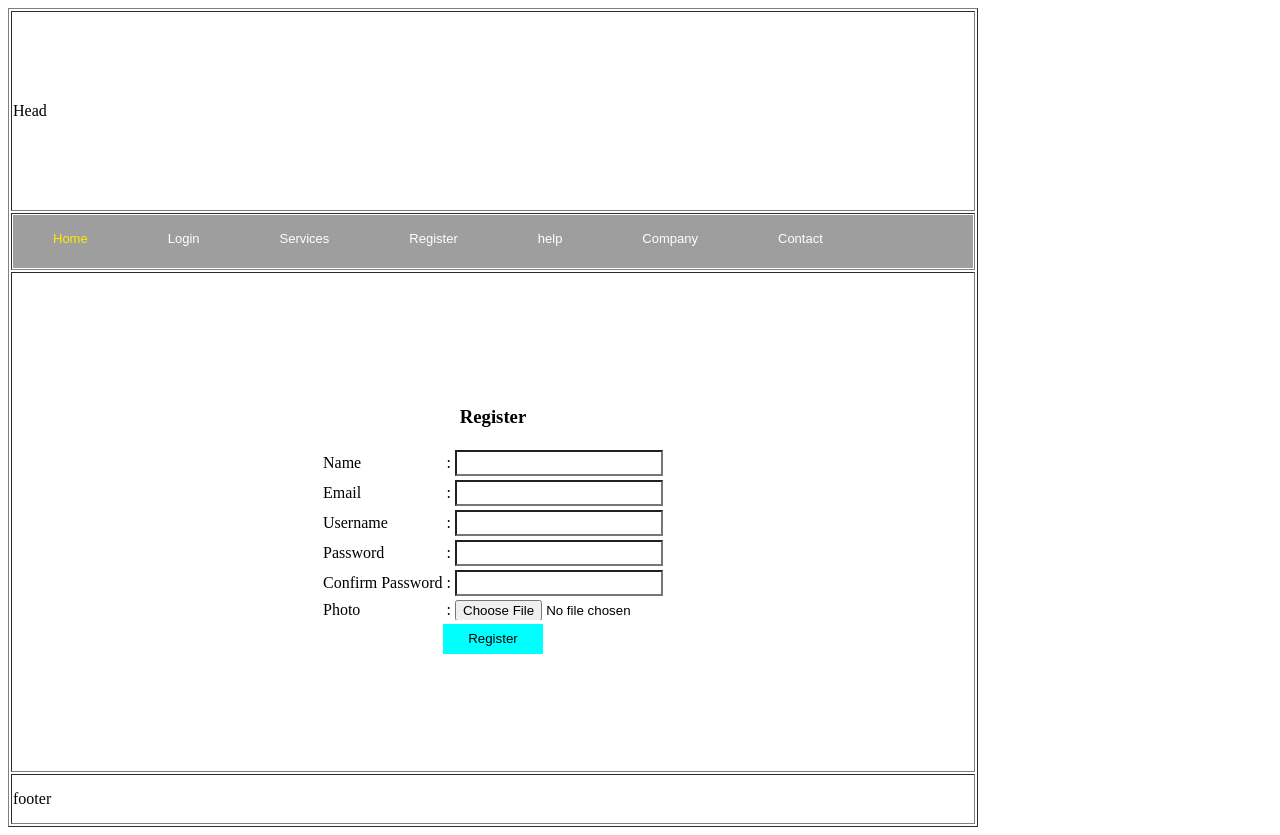
Repository: PraveenRavipati/MyWork
Page: Java/workspaces/office Java WorkScapces/works/javaTraining/WebContent/Register.html
These files come from the project's save history. The page is drawn as it stood at one moment and after the next save; the edit follows.
The browser window is 1280 px wide. The pictures show the whole page.
Pictures or frames that could not be fetched are drawn as grey boxes.

Above is the page before, as saved 2014-06-02 09:58:54.

### Java/workspaces/office Java WorkScapces/works/javaTraining/WebContent/Register.html
<!DOCTYPE html PUBLIC "-//W3C//DTD HTML 4.01 Transitional//EN" "http://www.w3.org/TR/html4/loose.dtd">
<html>
<head>
<meta http-equiv="Content-Type" content="text/html; charset=UTF-8">
<title>Insert title here</title>
<link href="style.css" rel="stylesheet" type="text/css">
<script type="text/javascript">

</script>
</head>
<body>
	<table border="1" width="900">
		<tr height="200">
			<td>Head</td>
		</tr>
		<tr height="50">
			<td><div id="templatemo_menu">
            	<ul>
                    <li><a href="#" class="current">Home</a></li>
                    <li><a href="#">Login</a></li>
                    <li><a href="#">Services</a></li>
                    <li><a href="#">Register</a></li>
                    <li><a href="#">help</a></li>
                    <li><a href="#">Company</a></li>
                    <li><a href="#" class="last">Contact</a></li>
                </ul>
            </div></td>
		</tr>
		<tr height="500">
			<td>
			<form action="./Register" method="post" name="f1">
				<table align="center" border="0">
				<caption><h3>Register</h3></caption>
				<tr>
					<td>Name</td>
					<td>:</td>
					<td><input type="text" name="name" onblur="name();"></td>
				</tr>
				<tr>
					<td>Email</td>
					<td>:</td>
					<td><input type="text" name="email"></td>
				</tr>
				<tr>
					<td>Username</td>
					<td>:</td>
					<td><input type="text" name="uname"></td>
				</tr>
				<tr>
					<td>Password</td>
					<td>:</td>
					<td><input type="password" name="pwd"></td>
				</tr>
				<tr>
					<td>Confirm Password</td>
					<td>:</td>
					<td><input type="password" name="confipwd"></td>
				</tr>
				<tr>
					<td>Photo</td>
					<td>:</td>
					<td><input type="file" name="photo" /></td>
				</tr>
				<tr>
					<td colspan="3" align="center"><input class="submit" type="submit" value="Register"></td>
				</tr>
				</table>
				</form>
			</td>
		</tr>
		<tr height="50">
			<td>footer</td>
		</tr>
	</table>
</body>
</html>

### Java/workspaces/office Java WorkScapces/works/javaTraining/WebContent/style.css
input {
	width: 200px;
	height: 20px;
	background-color: inactivecaption;

}
.submit{
	width: 100px;
	height: 30px;
	background-color: aqua;
	border-style: hidden;
}
#templatemo_menu {
	float: left;
	width: 960px;
	height: 48px;
	background: url(./images/templatemo_menu_bg.jpg);
	padding: 5px 0 0 0;
}

#templatemo_menu ul {
	float: right;
	margin: 0px;
	padding: 0 0 0 0;
	width: 960px;
	list-style: none;
}

#templatemo_menu ul li {
	display: inline;
}

#templatemo_menu ul li a {
	float: left;
	padding: 11px 40px;
	text-align: center;
	font-size: 12px;
	text-align: center;
	text-decoration: none;
	background: url(images/templatemo_menu_divider.png) center right no-repeat;
	color: #fff;
	font-family: Arial, Helvetica, sans-serif;
	font-size: 13px;
	outline: none;
}

#templatemo_menu li a:hover, #templatemo_menu li .current {
	color: #ffeb00;
}

#templatemo_menu li .last {
	background: none;
}

After the next save:
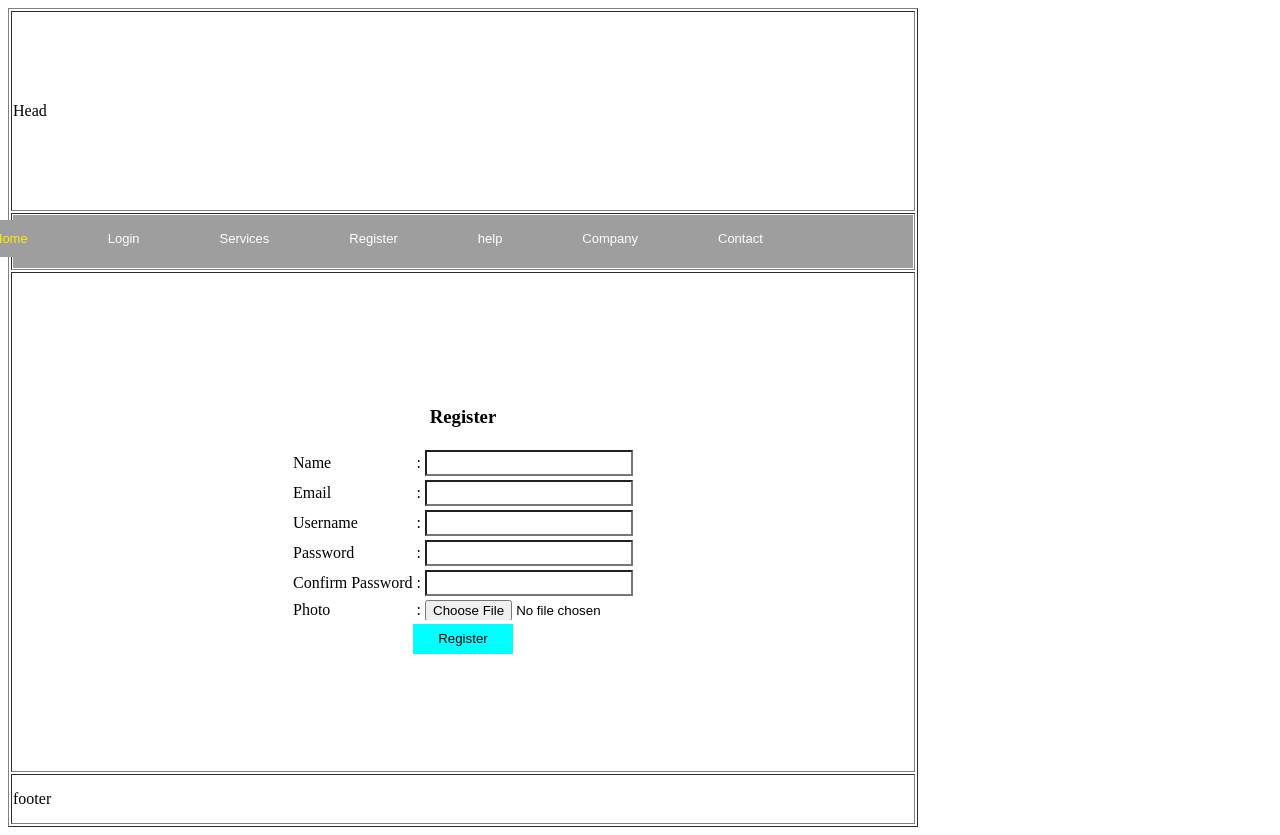
Saved 57 s later.
--- a/Java/workspaces/office Java WorkScapces/works/javaTraining/WebContent/style.css
+++ b/Java/workspaces/office Java WorkScapces/works/javaTraining/WebContent/style.css
@@ -12,7 +12,7 @@ input {
 }
 #templatemo_menu {
 	float: left;
-	width: 960px;
+	width: 900px;
 	height: 48px;
 	background: url(./images/templatemo_menu_bg.jpg);
 	padding: 5px 0 0 0;
